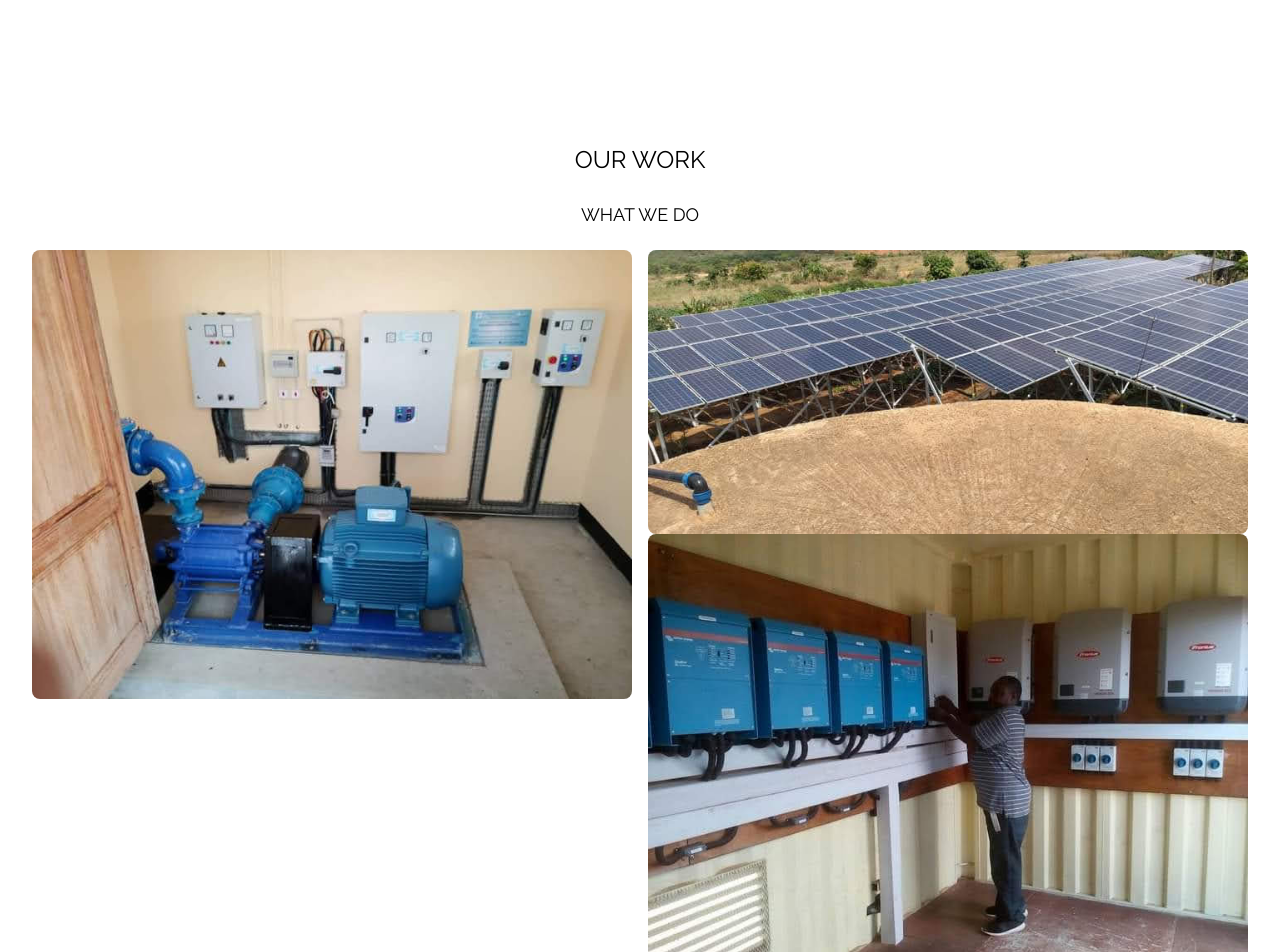
Repository: peterclermy232/LAZCOM
Page: index.html
An editor plug-in stored every save of this project. The page is shown before and after the next save, followed by the edit.
The browser window is 1280 px wide. The pictures show the part of the page from y = 3773 to 4725 px (the page is 7618 px tall before and 7334 px after).
A picture or video elsewhere on the page could not be fetched, so the positions and the page height are approximate.

Above is the page before, as saved 2022-06-23 08:43:48.

After the next save:
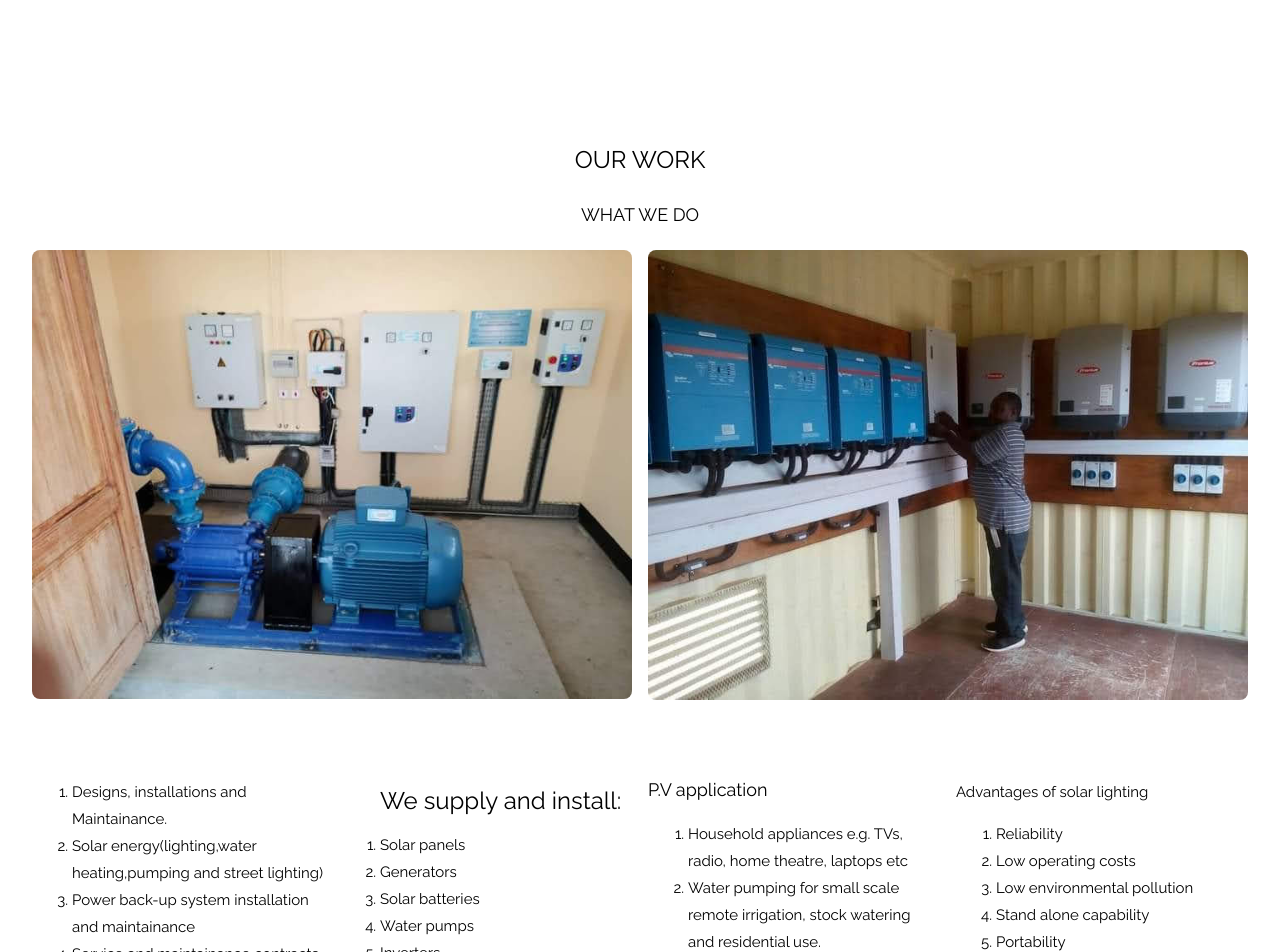
Saved 25 s later.
--- a/index.html
+++ b/index.html
@@ -188,10 +188,6 @@ body, html {
   <div class="w3-row-padding" >
     <div class="w3-col m6">
       <img class="w3-image w3-round-large" src="images/machine.jpeg" alt="Buildings" width="700" height="394">
-    </div>
-    <div class="w3-col m6">
-
-      <img class="w3-image w3-round-large" src="images/solarstand.jpeg" alt="Buildings" width="700" height="394">
     </div>
     <div class="w3-col m6">
       <img class="w3-image w3-round-large" src="images/person1.jpeg" alt="Buildings" width="700" height="394">
